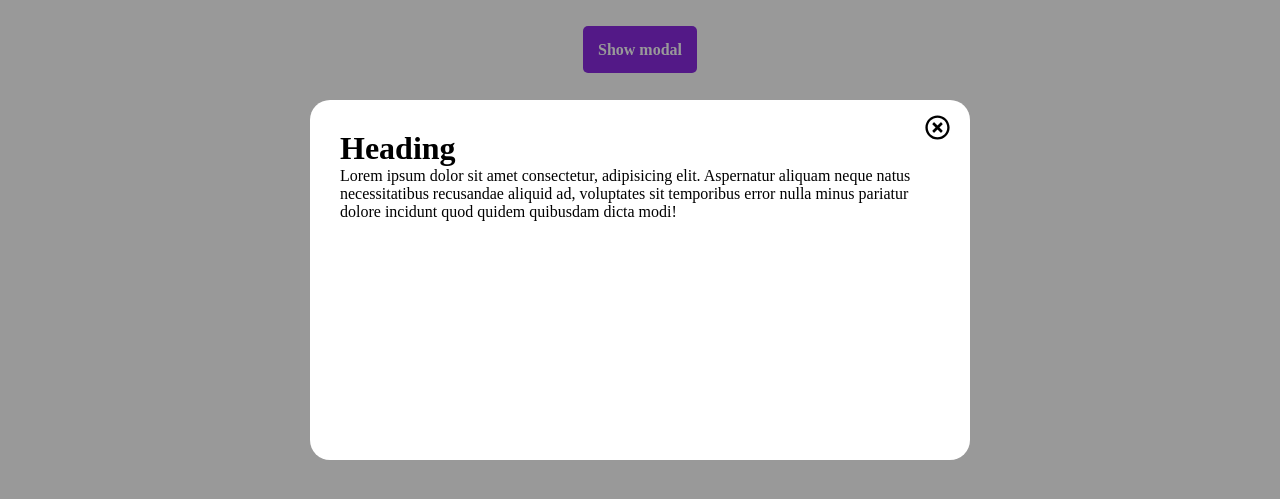
Repository: AnhTuan191298/sent-file-hoang
Page: js_modal/index.html
The author's editor kept a copy of each file at every save. The page is drawn from the files as they stood at one save, then again after the next save.
The browser window is 1280 px wide. The pictures show the whole page.

Above is the page before, as saved 2021-02-01 14:58:44.

After the next save:
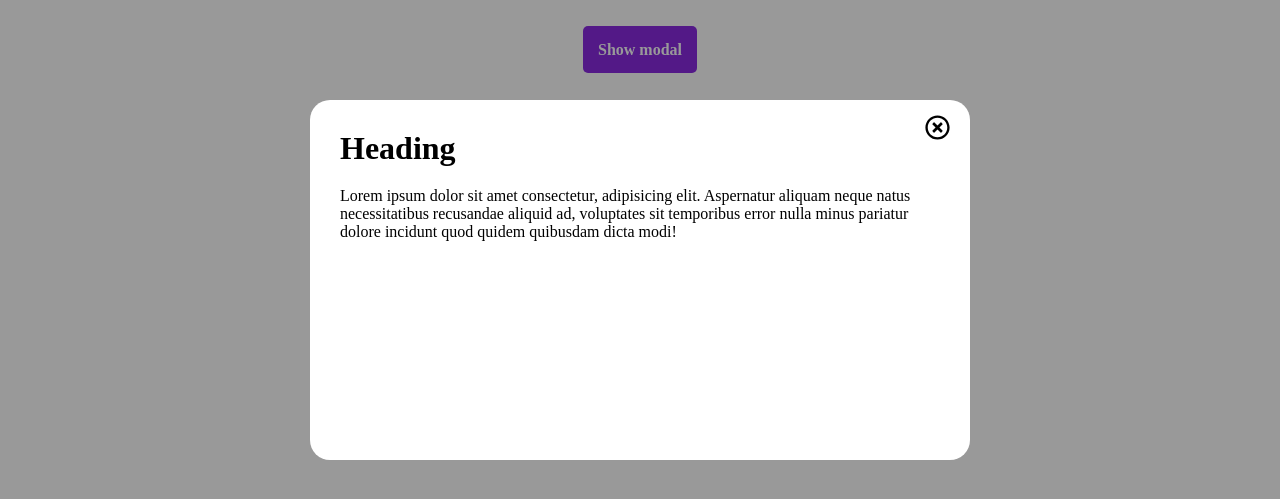
Saved 27 s later.
--- a/js_modal/index.html
+++ b/js_modal/index.html
@@ -57,8 +57,8 @@
             height: 25px;
             cursor: pointer;
         }
-        .modal_show-main {
-
+        .modal_show-main-head {
+            margin-bottom: 20px;
         }
     </style>
 </head>
